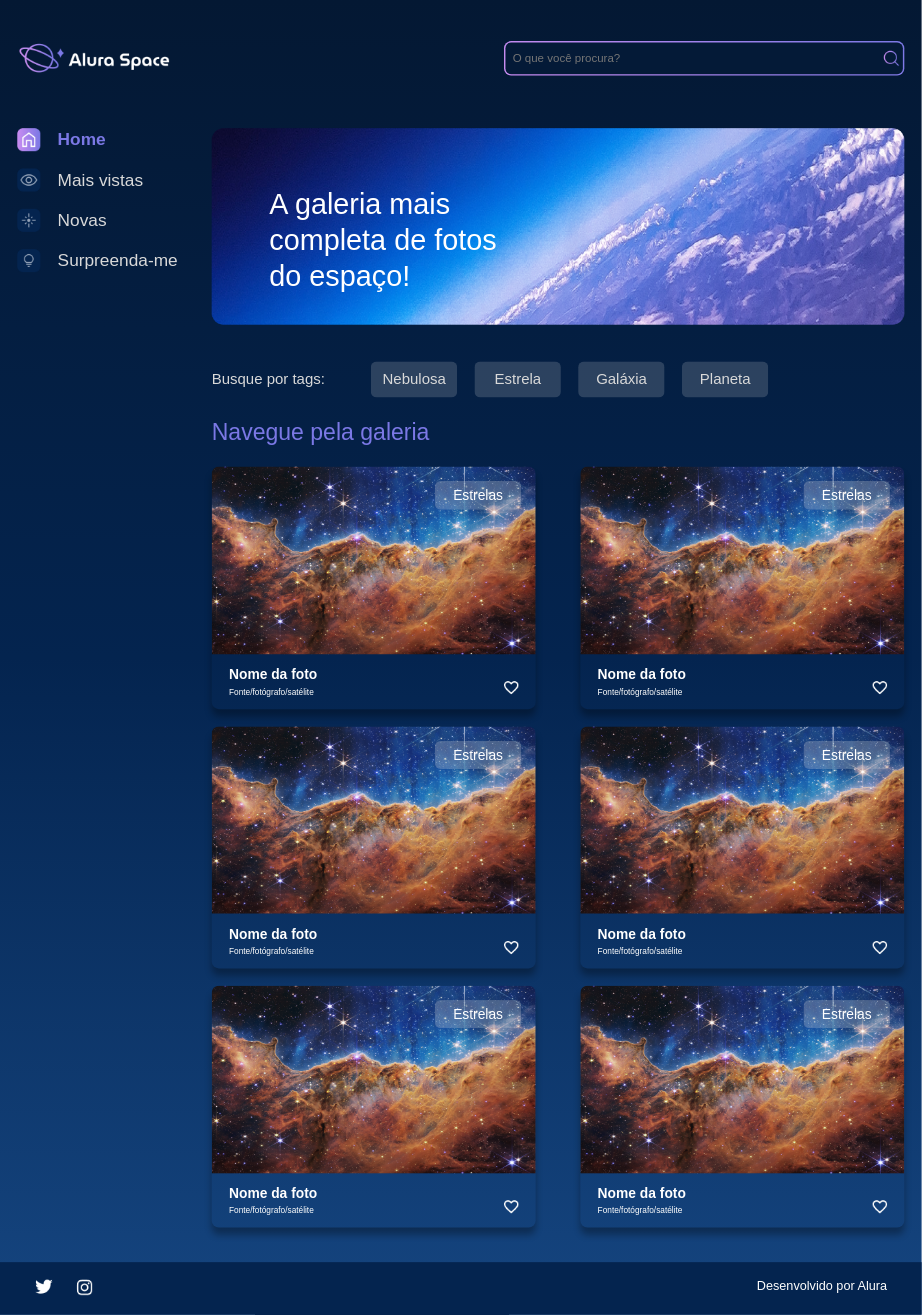
Repository: RafaSilva025/AluraSpace
Page: templates/galeria/index.html
An editor plug-in stored every save of this project. The page is shown before and after the next save, followed by the edit.
The browser window is 1280 px wide. The pictures show the whole page, at 72% of full size.
The template is drawn by Django 4.2. The application's start-up code is not run. Other server files are loaded and not shown. The template is opened directly, without the code that normally fills it, so the values that code supplies are empty.

Above is the page before, as saved 2022-11-01 13:49:00.

### templates/galeria/index.html
{% extends 'galeria/base.html' %}
{% load static %}
{% block content %}
    <div class="pagina-inicial">
        <header class="cabecalho">
            <img src="{% static '/assets/logo/Logo(2).png' %}" alt="Logo da Alura Space" />
            <div class="cabecalho__busca">
                <div class="busca__fundo">
                    <input class="busca__input" type="text" placeholder="O que você procura?">
                    <img class="busca__icone" src="{% static '/assets/ícones/1x/search.png' %}" alt="ícone de search">
                </div>
            </div>
        </header>
        <main class="principal">
            <section class="menu-lateral">
                <nav class="menu-lateral__navegacao">
                    <a href="#"><img src="{% static '/assets/ícones/1x/Home - ativo.png' %}"> Home</a>
                    <a href="#"><img src="{% static '/assets/ícones/1x/Mais vistas - inativo.png' %}"> Mais vistas</a>
                    <a href="#"><img src="{% static '/assets/ícones/1x/Novas - inativo.png' %}"> Novas</a>
                    <a href="#"><img src="{% static '/assets/ícones/1x/Surpreenda-me - inativo.png' %}"> Surpreenda-me</a>
                </nav>
            </section>
            <section class="conteudo">
                <section class="banner">
                    <img class="banner__imagem" src="{% static '/assets/imagens/Banner(2).png' %}" alt="banner Alura Space">
                    <h1 class="banner__titulo"> A galeria mais completa de fotos do espaço!</h1>
                </section>
                <section class="tags">
                    <p class="tags__titulo">Busque por tags:</p>
                    <ul class="tags__lista">
                        <li class="tags__tag">Nebulosa</li>
                        <li class="tags__tag">Estrela</li>
                        <li class="tags__tag">Galáxia</li>
                        <li class="tags__tag">Planeta</li>
                    </ul>
                </section>
                <section class="galeria">
                    <div class="cards">
                        <h2 class="cards__titulo">Navegue pela galeria</h2>
                        <ul class="cards__lista">
                            <li class="card">
                                <a href="{% url 'imagem' %}">
                                    <img class="card__imagem" src="{% static '/assets/imagens/galeria/carina-nebula.png' %}" alt="foto">
                                </a>
                                <span class="card__tag">Estrelas</span>
                                <div class="card__info">
                                    <p class="card__titulo">Nome da foto</p>
                                    <div class="card__texto">
                                        <p class="card__descricao">Fonte/fotógrafo/satélite</p>
                                        <span>
                                            <img src="{% static '/assets/ícones/1x/favorite_outline.png' %}" alt="ícone de coração">
                                        </span>
                                    </div>
                                </div>
                            </li>
                            <li class="card">
                                <a href="{% url 'imagem' %}">
                                    <img class="card__imagem" src="{% static '/assets/imagens/galeria/carina-nebula.png' %}" alt="foto">
                                </a>
                                <span class="card__tag">Estrelas</span>
                                <div class="card__info">
                                    <p class="card__titulo">Nome da foto</p>
                                    <div class="card__texto">
                                        <p class="card__descricao">Fonte/fotógrafo/satélite</p>
                                        <span>
                                            <img src="{% static '/assets/ícones/1x/favorite_outline.png' %}" alt="ícone de coração">
                                        </span>
                                    </div>
                                </div>
                            </li>
                            <li class="card">
                            <a href="{% url 'imagem' %}">
                                    <img class="card__imagem" src="{% static '/assets/imagens/galeria/carina-nebula.png' %}" alt="foto">
                                </a>
                                <span class="card__tag">Estrelas</span>
                                <div class="card__info">
                                    <p class="card__titulo">Nome da foto</p>
                                    <div class="card__texto">
                                        <p class="card__descricao">Fonte/fotógrafo/satélite</p>
                                        <span>
                                            <img src="{% static '/assets/ícones/1x/favorite_outline.png' %}" alt="ícone de coração">
                                        </span>
                                    </div>
                                </div>
                            </li>
                            <li class="card">
                                <a href="{% url 'imagem' %}">
                                    <img class="card__imagem" src="{% static '/assets/imagens/galeria/carina-nebula.png' %}" alt="foto">
                                </a>
                                <span class="card__tag">Estrelas</span>
                                <div class="card__info">
                                    <p class="card__titulo">Nome da foto</p>
                                    <div class="card__texto">
                                        <p class="card__descricao">Fonte/fotógrafo/satélite</p>
                                        <span>
                                            <img src="{% static '/assets/ícones/1x/favorite_outline.png' %}" alt="ícone de coração">
                                        </span>
                                    </div>
                                </div>
                            </li>
                            <li class="card">
                                <a href="{% url 'imagem' %}">
                                    <img class="card__imagem" src="{% static '/assets/imagens/galeria/carina-nebula.png' %}" alt="foto">
                                </a>
                                <span class="card__tag">Estrelas</span>
                                <div class="card__info">
                                    <p class="card__titulo">Nome da foto</p>
                                    <div class="card__texto">
                                        <p class="card__descricao">Fonte/fotógrafo/satélite</p>
                                        <span>
                                            <img src="{% static '/assets/ícones/1x/favorite_outline.png' %}" alt="ícone de coração">
                                        </span>
                                    </div>
                                </div>
                            </li>
                            <li class="card">
                                <a href="{% url 'imagem' %}">
                                    <img class="card__imagem" src="{% static '/assets/imagens/galeria/carina-nebula.png' %}" alt="foto">
                                </a>
                                <span class="card__tag">Estrelas</span>
                                <div class="card__info">
                                    <p class="card__titulo">Nome da foto</p>
                                    <div class="card__texto">
                                        <p class="card__descricao">Fonte/fotógrafo/satélite</p>
                                        <span>
                                            <img src="{% static '/assets/ícones/1x/favorite_outline.png' %}" alt="ícone de coração">
                                        </span>
                                    </div>
                                </div>
                            </li>
                        </ul>
                    </div>
                </section>
            </section>
        </main>
    </div>
    <footer class="rodape">
        <div class="rodape__icones">
            <a href="https://twitter.com/AluraOnline" target=”_blank” >
                <img src="{% static '/assets/ícones/1x/twitter.png' %}" alt="ícone twitter">
            </a>
            <a href="https://www.instagram.com/aluraonline/" target=”_blank” >
                <img src="{% static '/assets/ícones/1x/instagram.png' %}" alt="ícone instagram">
            </a>
        </div>
        <p class="rodape__texto">Desenvolvido por Alura</p>
    </footer>
{% endblock %}

### templates/galeria/base.html
{% load static %}
<!DOCTYPE html>
<html lang="pt-br">

<head>
    <meta charset="UTF-8">
    <meta http-equiv="X-UA-Compatible" content="IE=edge">
    <meta name="viewport" content="width=device-width, initial-scale=1.0">
    <title>Alura Space</title>
    <link rel="preconnect" href="https://fonts.googleapis.com">
    <link rel="preconnect" href="https://fonts.gstatic.com" crossorigin>
    <link href="https://fonts.googleapis.com/css2?family=Poppins:wght@400;500;600&display=swap" rel="stylesheet">
    <link rel="stylesheet" href="{% static '/styles/style.css' %}">
</head>

<body>
    {% block content %}{% endblock %}
<body>

</html>

### setup/static/styles/style.css
/* http://meyerweb.com/eric/tools/css/reset/
   v2.0 | 20110126
   License: none (public domain)
*/


html, body, div, span, applet, object, iframe,
h1, h2, h3, h4, h5, h6, p, blockquote, pre,
a, abbr, acronym, address, big, cite, code,
del, dfn, em, img, ins, kbd, q, s, samp,
small, strike, strong, sub, sup, tt, var,
b, u, i, center,
dl, dt, dd, ol, ul, li,
fieldset, form, label, legend,
table, caption, tbody, tfoot, thead, tr, th, td,
article, aside, canvas, details, embed,
figure, figcaption, footer, header, hgroup,
menu, nav, output, ruby, section, summary,
time, mark, audio, video {
    margin: 0;
    padding: 0;
    border: 0;
    font-size: 100%;
    font: inherit;
    vertical-align: baseline;
}
/* HTML5 display-role reset for older browsers */
article, aside, details, figcaption, figure,
footer, header, hgroup, menu, nav, section {
    display: block;
}
body {
    line-height: 1;
    font-family: 'Space Grotesk', sans-serif;
    min-height: 100vh;
    background: linear-gradient(#041833,#04244F,#154580);
    background-repeat: no-repeat;
    background-position: center;
    background-size: cover;
}
ol, ul {
    list-style: none;
}
blockquote, q {
    quotes: none;
}
blockquote:before, blockquote:after,
q:before, q:after {
    content: '';
    content: none;
}
table {
    border-collapse: collapse;
    border-spacing: 0;
}

.banner {
    width: auto;
    position: relative;
    margin-bottom: 1.5rem;
}

.banner__imagem {
    width: 100%;
}

.banner__titulo {
    color: #FFFFFF;
    font-size: 40px;
    width: 350px;
    line-height: 50px;
    position: absolute;
    top: 80px;
    left: 80px;
}

.cabecalho {
    align-items: center;
    display: flex;
    justify-content: space-between;
    margin: 1.5rem 0 4rem 0;
}

.cabecalho__busca {
    align-items: center;
    border-radius: 10px;
    background: linear-gradient(45deg, #C98CF1,#7B78E5);
    display: flex;
    height: auto;
    justify-content: space-between;
    padding: 2px;
    width: auto;
}

.busca__fundo {
    align-items: center;
    background-color: #041A37;
    border-radius: 8px;
    display: flex;
    margin: 0 auto;
    width: 100%;
}

.busca__input {
    align-items: center;
    background-color: transparent;
    border: none;
    font-size: 1rem;
    height: 24px;
    padding: 10px;
    width: 500px;
}

.busca__icone {
    cursor: pointer;
    width: 2rem;
    height: 2rem;
}

.cards {
    width: 100%;
}

.cards__titulo {
    color: #7B78E5;
    font-size: 2rem;
    line-height: 3rem;
    margin-bottom: 1.5rem;
}

.cards__lista{
    display: flex;
    flex-wrap: wrap;
    justify-content: space-between;
    align-content: space-between;
}

.card {
    border-radius: 10px;
    box-shadow: 0px 10px 10px #00000050;
    color: #FFFFFF;
    margin-bottom: 1.5rem;
    position: relative;
    width: 450px;
}

.card__imagem {
    width: 450px;
    border-radius: 10px 10px 0 0;
}

.card__tag {
    background-color: #D9D9D940;
    border-radius: 8px;
    border: 2px solid transparent;
    font-size: 1.2rem;
    left: 310px;
    margin-right: 1.5rem;
    padding: .5rem .5rem;
    position: absolute;
    text-align: center;
    top: 20px;
    width: 100px;
}

.card__info {
    font-size: 1.2rem;
    padding: 0 1.5rem 1rem 1.5rem;
}

.card__titulo {
    font-weight: bold;
    line-height: 1.2rem;
    margin-top: 0.8em;
}

.card__texto {
    display: flex;
    justify-content: space-between;
    flex-wrap: wrap;
}

.card__texto img {
    cursor: pointer;
}

.card__descricao {
    font-size: 0.6em;
    margin-top: 0.8em;
}

.galeria {
    display: flex;
    width: 100%;
}

.imagem {
    display: flex;
    justify-content: center;
    align-items: center;
}

.imagem__conteudo {
    background-color: transparent;
    display: flex;
    flex-direction: column;
    border-radius: 20px 20px 0 0;
    width: 950px;
}

.imagem__imagem {
    width: 100%;
    border-radius: 20px;
}

.imagem__info {
    font-size: 1.2rem;
    display: flex;
    justify-content: space-between;
    align-items: center;
    margin-bottom: 1rem;
    margin-top: 1rem;
}

.imagem__texto {
    display: flex;
    flex-direction: column;
    justify-content: space-between;
    color: #FFFFFF;
    margin-top: 0.5rem;
}

.imagem__titulo {
    font-weight: bold;
    line-height: 2rem;
    color: #FFFFFF;
}

.imagem__texto {
    font-size: 1rem;
}

.imagem__descricao {
    font-size: 0.7rem;
}

.menu-lateral {
    padding-right: 1.5rem;
    box-sizing: border-box;
    min-width: 270px;
}

.menu-lateral__navegacao {
    display: flex;
    flex-direction: column;
}

.menu-lateral__navegacao a {
    font-family: 'Space Grotesk', sans-serif;
    align-items: center;
    display: flex;
    margin-bottom: 1.5rem;
    text-decoration: none;
    color: #D9D9D9;
    font-size: 24px;
}

.menu-lateral__navegacao a:first-child {
    font-weight: bold;
    color: #7B78E5;
}

.menu-lateral__navegacao img {
    margin-right: 1.5rem;
}

.pagina-inicial {
    max-width: 1440px;
    padding: 1.5rem;
    margin: 0 auto;
}

.populares {
    margin-left: 1.5rem;
}

.populares__titulo {
    font-size: 2rem;
    color: #7B78E5;
    line-height: 3rem;
    margin-bottom: 1.5rem;
}

.populares__imagens {
    display: flex;
    flex-direction: column;
}

.populares__imagem {
    margin-bottom: 1.5rem;
}

.populares__botao {
    width: 100%;
    height: 50px;
    border-radius: 10px;
    background: linear-gradient(45deg, #C98CF1,#7B78E5);
    padding: 2px;
    box-sizing: border-box;
}

.populares__link {
    display: flex;
    justify-content: center;
    align-items: center;
    font-size: 20px;
    text-decoration: none;
    color: #FFFFFF;
    background-color: #082D5C;
    width: 100%;
    height: 100%;
    border-radius: 8px;
    transition: .5s;
}

.populares__link:hover {
    background: transparent;
}

.principal {
    display: flex;
    justify-content: space-between;
}

.rodape {
    background-color: #04244F;
    width: 100%;
    padding: 1.5rem 3rem;
    box-sizing: border-box;
    display: flex;
    justify-content: space-between;
    color: #FFFFFF;
}

.rodape__icones {
    width: 80px;
    display: flex;
    justify-content: space-between;
}

.rodape__texto {
    font-size: 1.1rem;
}

.tags {
    padding: 1.5rem 0;
    display: flex;
    align-items: center;
    color: #D9D9D9;
    font-size: 1.3rem;
}

.tags__titulo {
    margin-right: 4rem;
}

.tags__lista {
    display: flex;
}

.tags__tag {
    background-color: #D9D9D930;
    margin-right: 1.5rem;
    border-radius: 8px;
    padding: .8rem .5rem;
    width: 100px;
    text-align: center;
    border: 2px solid transparent;
}

.tags__tag:hover {
    border: 2px solid #7B78E5;
    cursor: pointer;
}

After the next save:
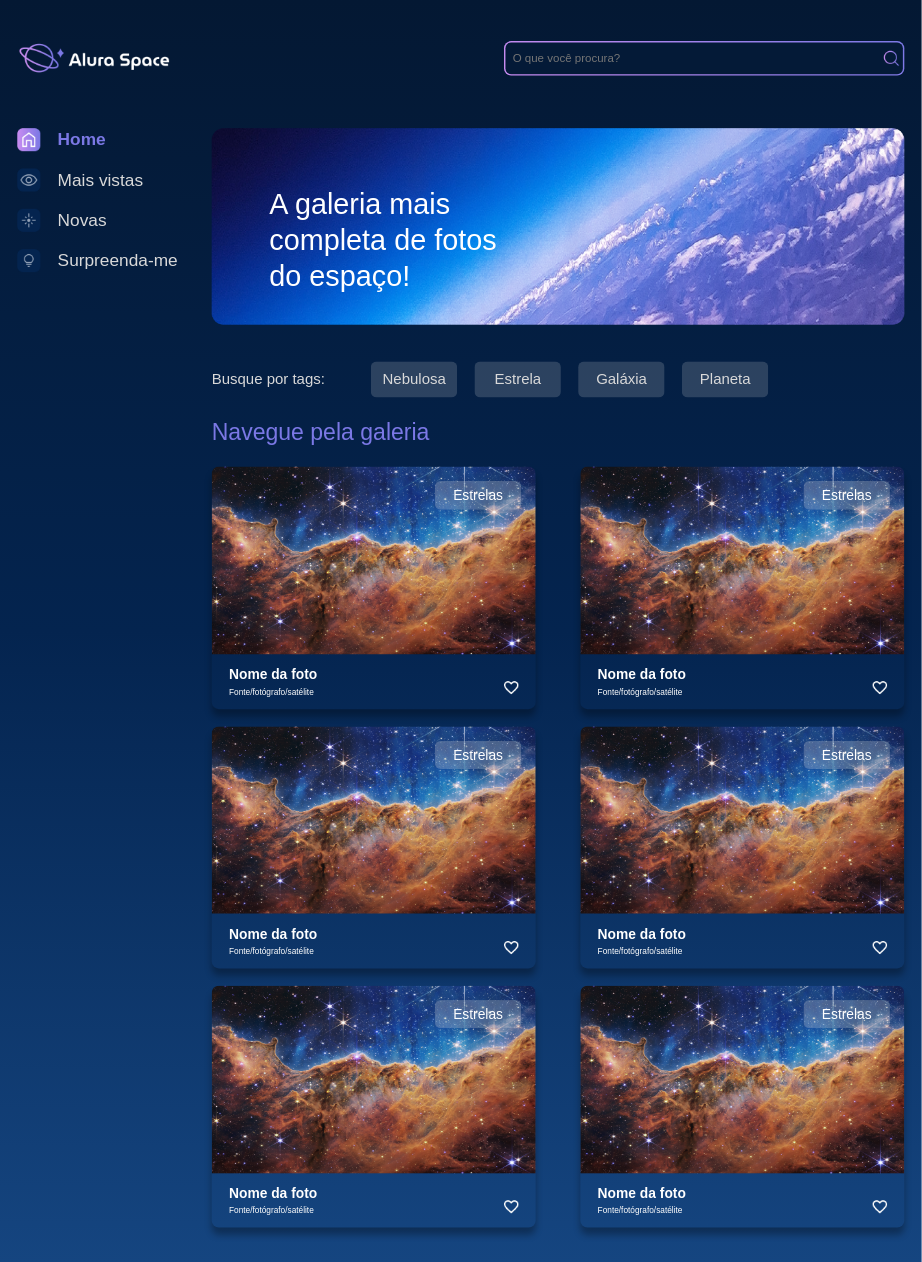
Saved 66 s later.
--- a/templates/galeria/index.html
+++ b/templates/galeria/index.html
@@ -134,15 +134,5 @@
             </section>
         </main>
     </div>
-    <footer class="rodape">
-        <div class="rodape__icones">
-            <a href="https://twitter.com/AluraOnline" target=”_blank” >
-                <img src="{% static '/assets/ícones/1x/twitter.png' %}" alt="ícone twitter">
-            </a>
-            <a href="https://www.instagram.com/aluraonline/" target=”_blank” >
-                <img src="{% static '/assets/ícones/1x/instagram.png' %}" alt="ícone instagram">
-            </a>
-        </div>
-        <p class="rodape__texto">Desenvolvido por Alura</p>
-    </footer>
+
 {% endblock %}
